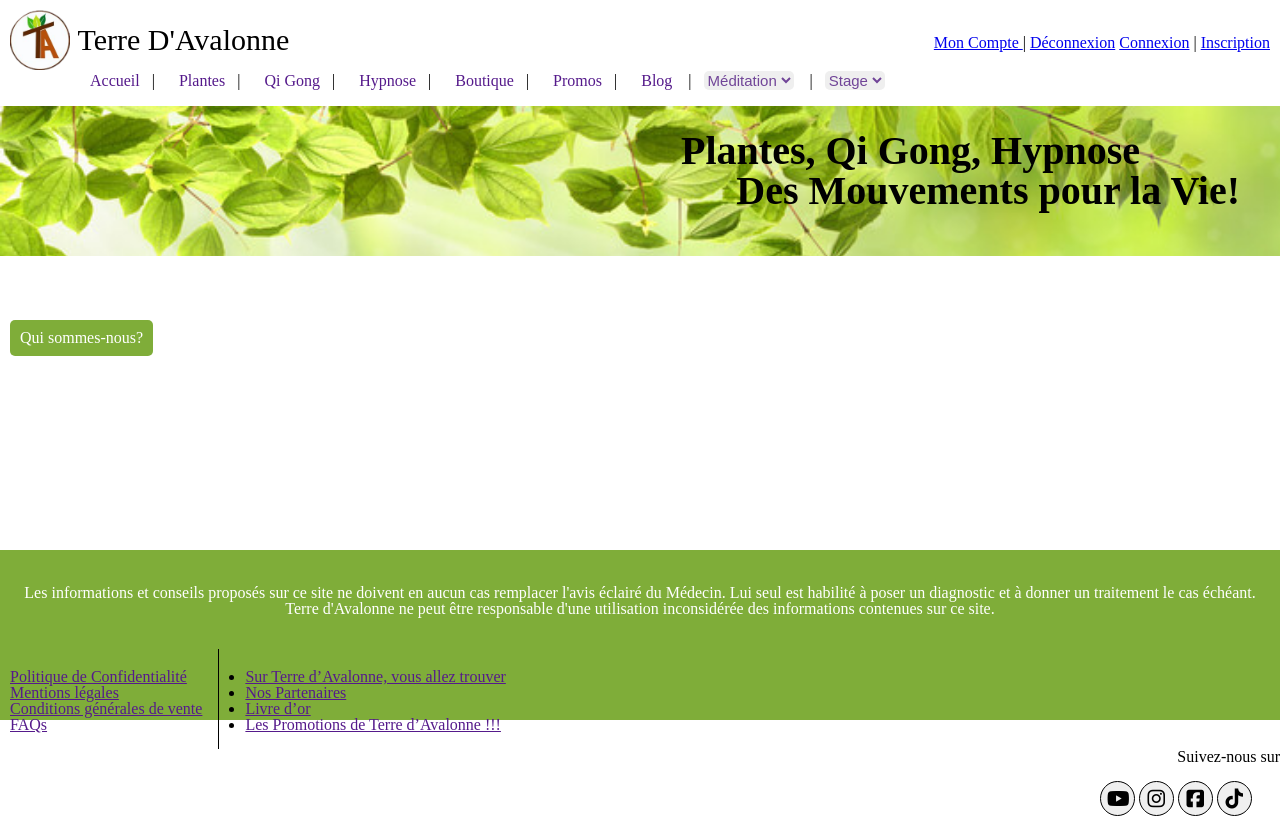
Repository: Michelhof1978/TerreDavalonne
Page: templates/base.html
These files come from the project's save history. The page is drawn as it stood at one moment and after a run of saves; the edit follows.
The browser window is 1280 px wide. The pictures show the whole page.
Some web fonts or font styles are not loaded; a fallback is used. Some web libraries are served in a nearby version.

Above is the page before, as saved 2022-05-04 16:10:08.

After the next 2 saves:
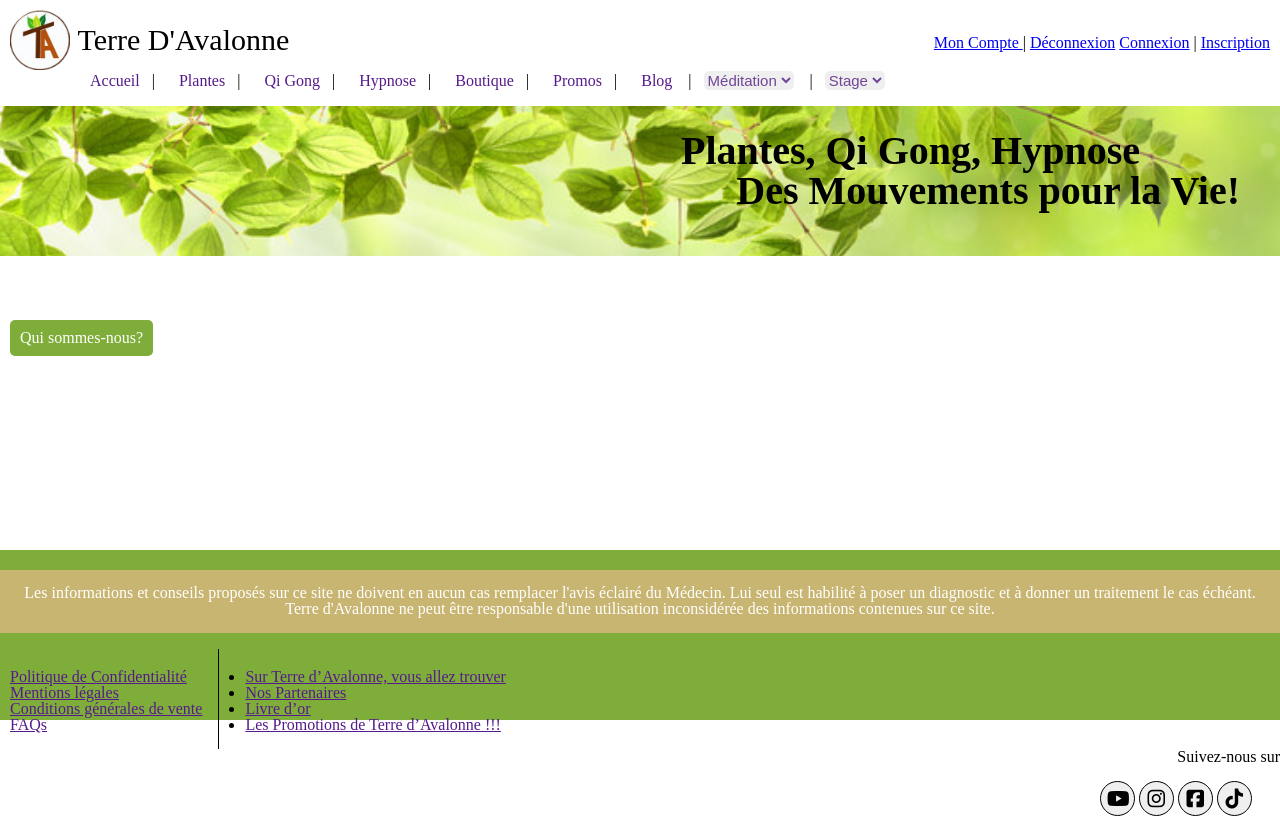
The 2 saves are shown as one change because they came seconds apart.
The last was saved 7 s later.
--- a/templates/base.html
+++ b/templates/base.html
@@ -279,7 +279,7 @@
 
   .warning{
     height: 3em;
-    weig
+    width: ;
     background-color: #C8B572 ;
     color: white;
     padding-top: 15px;
